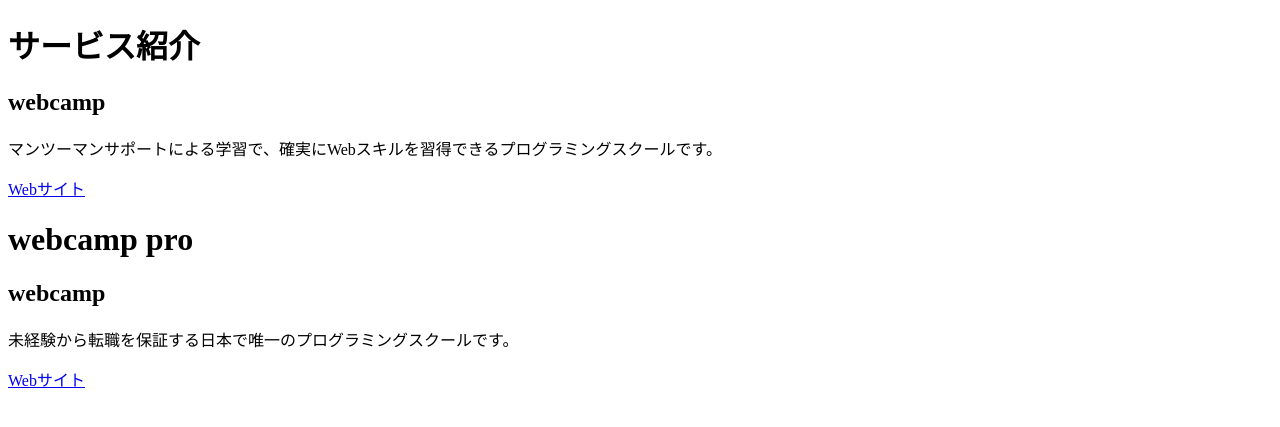
Repository: Yukari-Hangai/rensyu
Page: rensyu/rensyu.html
The author's editor kept a record of every edit. The page is drawn from the files as they stood at one moment, then again after the next edit.
The browser window is 1280 px wide. The pictures show the whole page.

Above is the page before.

### rensyu/rensyu.html
<!DOCTYPE HTML>
<html lang="ja">
  <head>
      <meta charset="UTF-8" />
 </head>
 <body>
     <h1>サービス紹介</h1>
     <h2>webcamp</h2>
     <p>マンツーマンサポートによる学習で、確実にWebスキルを習得できるプログラミングスクールです。</p>
     <a href="https://web-camp.io/">Webサイト</a>
      <h1>webcamp pro</h1>
     <h2>webcamp</h2>
     <p>未経験から転職を保証する日本で唯一のプログラミングスクールです。</p>
     <a href="https://web-camp.io/">Webサイト</a>
 </body>

After the next edit:
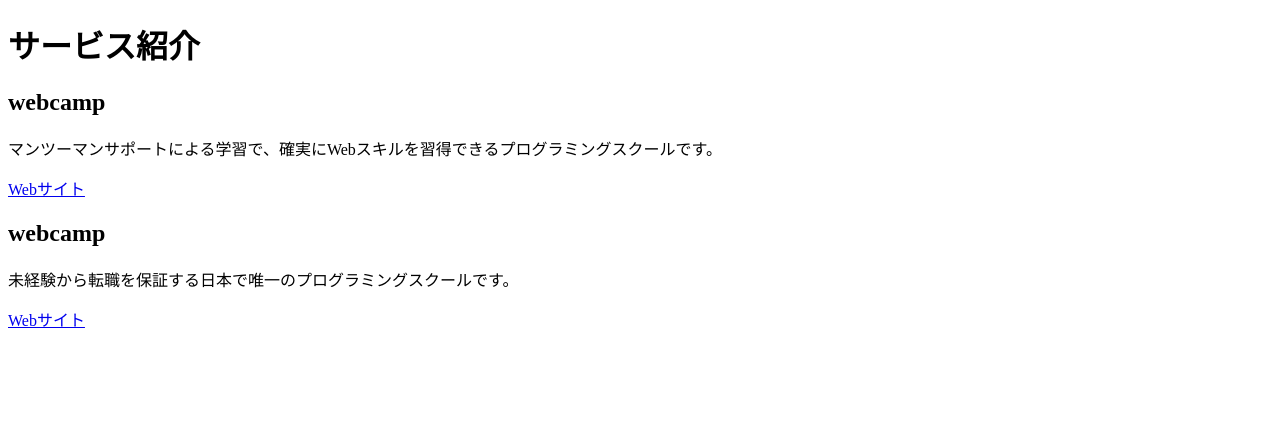
The edit:
--- a/rensyu/rensyu.html
+++ b/rensyu/rensyu.html
@@ -8,7 +8,6 @@
      <h2>webcamp</h2>
      <p>マンツーマンサポートによる学習で、確実にWebスキルを習得できるプログラミングスクールです。</p>
      <a href="https://web-camp.io/">Webサイト</a>
-      <h1>webcamp pro</h1>
      <h2>webcamp</h2>
      <p>未経験から転職を保証する日本で唯一のプログラミングスクールです。</p>
      <a href="https://web-camp.io/">Webサイト</a>
